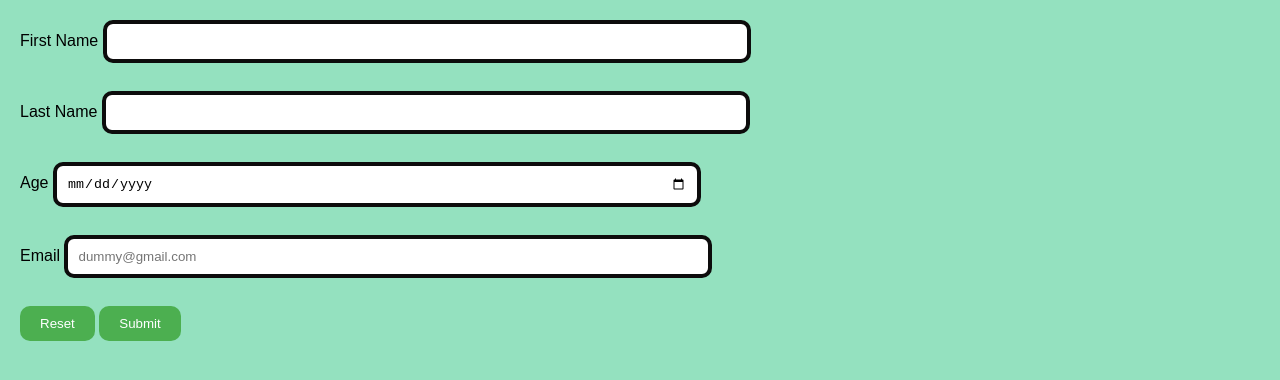
Repository: Haakim19/web-dev
Page: form.html
The author's editor kept a copy of each file at every save. The page is drawn from the files as they stood at one save, then again after the next save.
The browser window is 1280 px wide. The pictures show the whole page.

Above is the page before, as saved 2024-06-02 16:56:28.

After the next save:
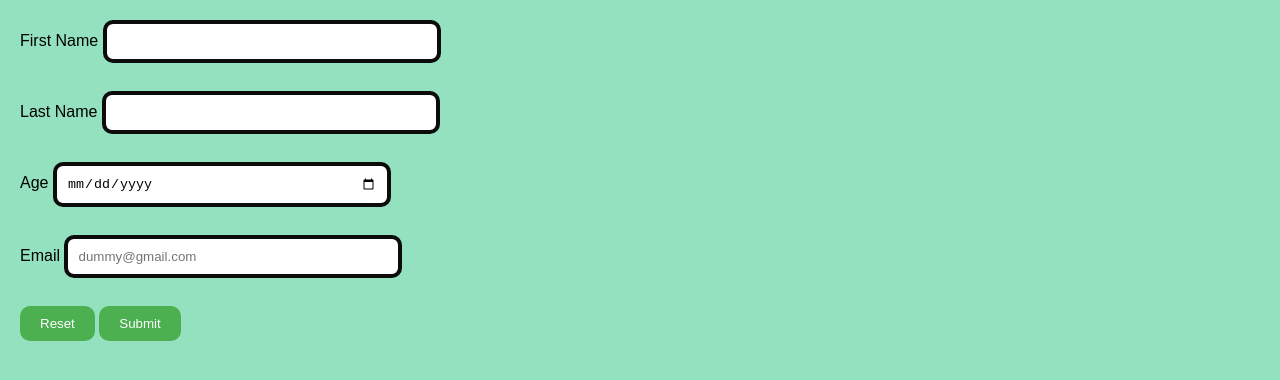
Saved 5 min 49 s later.
--- a/form.css
+++ b/form.css
@@ -15,16 +15,16 @@
 
 /* Style form elements */
 input[type="fname"]{
-    width: 50%;
+    width: 25%;
     padding: 10px;
     margin-bottom: 10px;
     border: 4px solid #0d0c0c;
     border-radius: 10px;
-    justify-content: center;
+    justify-content: center ;
     align-items: center;
 }
 input[type="lname"]{
-    width: 50%;
+    width: 25%;
     padding: 10px;
     margin-bottom: 10px;
     border: 4px solid #0d0c0c;
@@ -33,7 +33,7 @@
     align-items: center;
 }
 input[type="email"]{
-    width: 50%;
+    width: 25%;
     padding: 10px;
     margin-bottom: 10px;
     border: 4px solid #0d0c0c;
@@ -42,7 +42,7 @@
     align-items: center;
 }
 input[type="date"]{
-    width: 50%;
+    width: 25%;
     padding: 10px;
     margin-bottom: 10px;
     border: 4px solid #0d0c0c;
